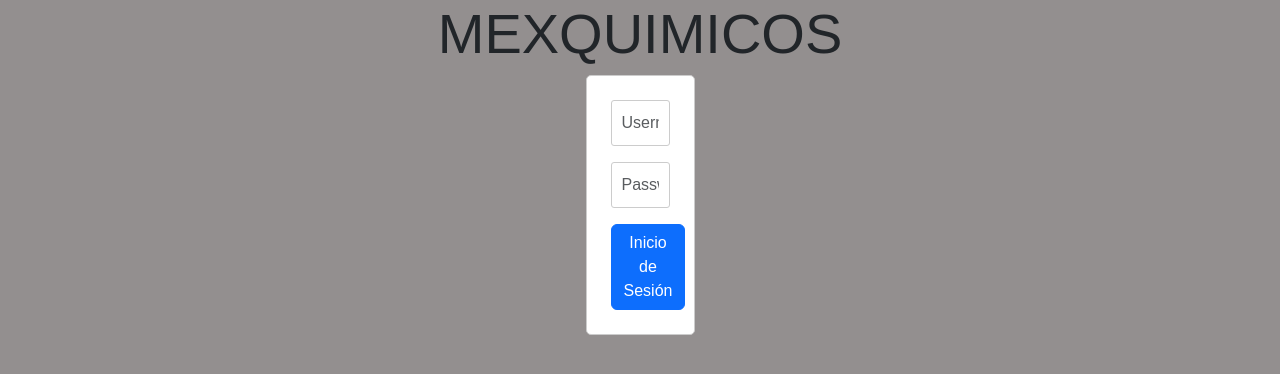
Repository: iDiv3r/MexiQuimicosIsay
Page: Index.html
An editor plug-in stored every save of this project. The page is shown before and after the next save, followed by the edit.
The browser window is 1280 px wide. The pictures show the whole page.

Above is the page before, as saved 2023-11-25 00:14:21.

After the next save:
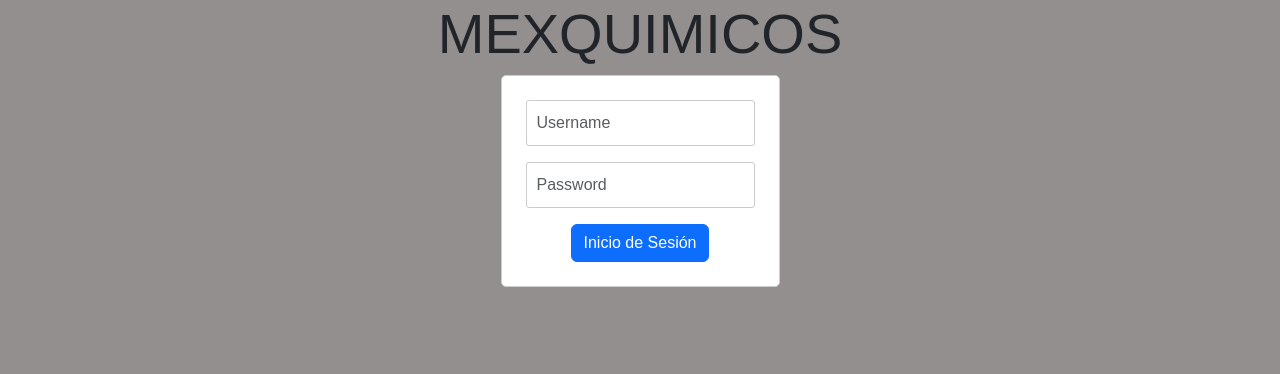
Saved 12 s later.
--- a/Index.html
+++ b/Index.html
@@ -51,7 +51,7 @@
 <body>
   <h1 class="display-4 text-align-absolute text-dark">MEXQUIMICOS</h1>
 
-  <div class="container text-center fixed h-100" style=" width: 133px; height: 100px;">
+  <div class="container text-center fixed h-100 w-100">
     <div class="row justify-content-md-center">
       <div class="col-md-auto fixed">
   <form class="p-4">
